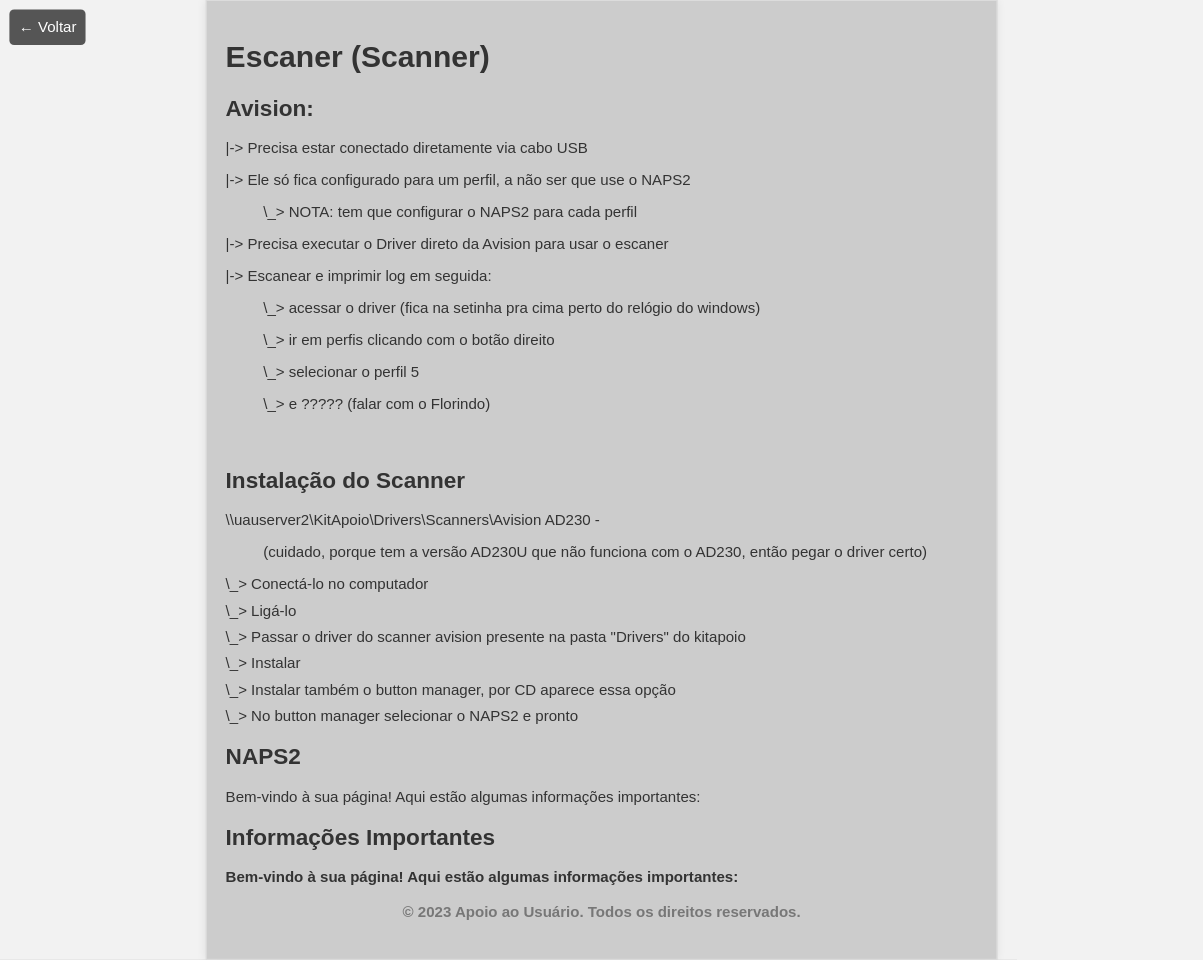
Repository: I4guito/dicasdez
Page: Dicas site/Dicas/scanner.html
These files come from the project's save history. The page is drawn as it stood at one moment and after the next save; the edit follows.
The browser window is 1280 px wide. The pictures show the whole page, at 94% of full size.

Above is the page before, as saved 2023-11-28 14:09:56.

After the next save:
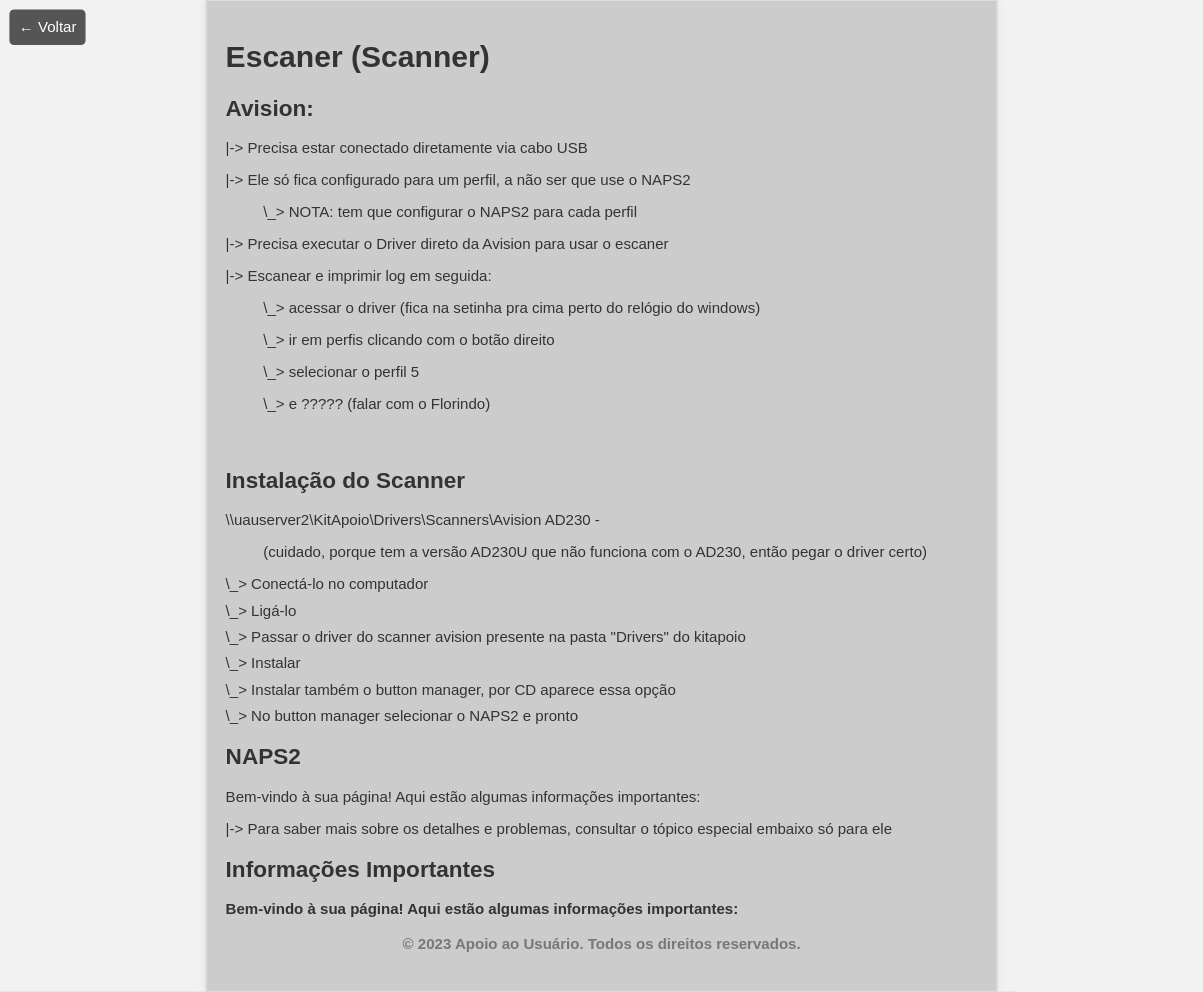
Saved 13 s later.
--- a/Dicas site/Dicas/scanner.html
+++ b/Dicas site/Dicas/scanner.html
@@ -47,7 +47,7 @@
             <h2>NAPS2</h2>
             <p>Bem-vindo à sua página! Aqui estão algumas informações importantes:</p>
             <ul>
-                <li><strong></li>
+                <li>|-> Para saber mais sobre os detalhes e problemas, consultar o tópico especial embaixo só para ele</li>
                 <li><strong></li>
             </ul>
         </section>
